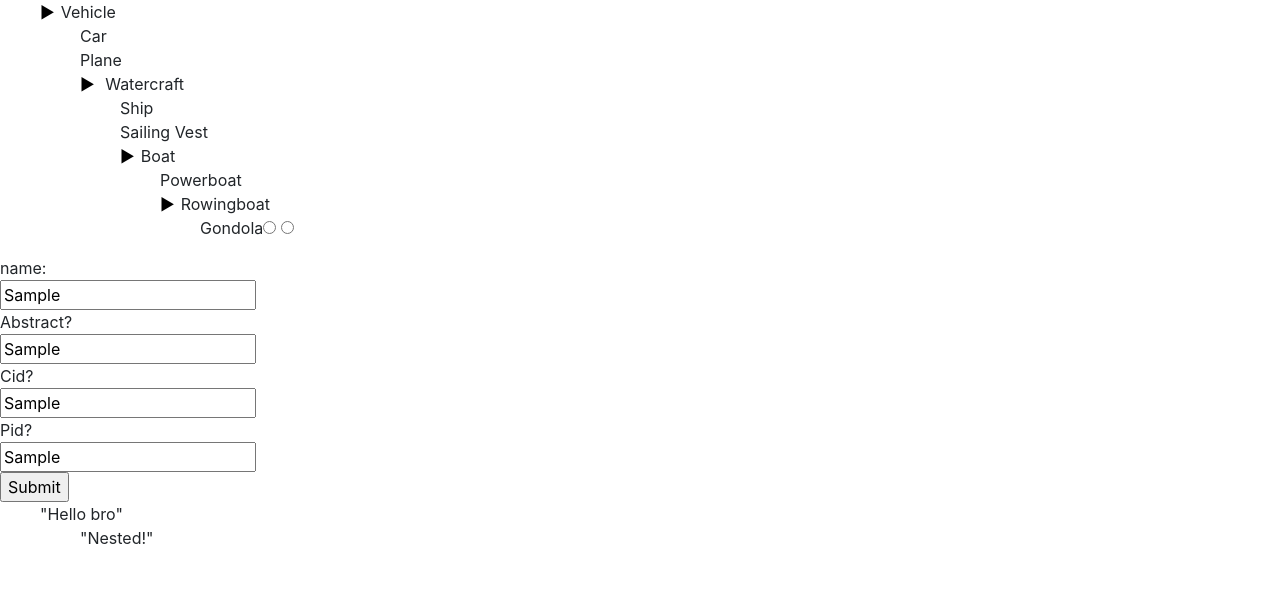
Repository: ked9268/Wonder
Page: http://localhost/cw3_mini_web_project_kjw42/WEB-INF/mainpage.jsp
These files come from the project's save history. The page is drawn as it stood at one moment and after the next save; the edit follows.
The browser window is 1280 px wide. The pictures show the whole page.
Empty fields were first filled with sample values (such as "Sample", 5 or name@example.com).
After loading, the first visible `span.caret` was clicked once.
Some web libraries are served in a nearby version. The page is served by Tomcat 9. Nobody is signed in. Other server files are loaded and not shown. The template is opened directly, without the code that normally fills it, so the values that code supplies are empty.

Above is the page before, as saved 2020-01-07 21:59:09.

### workspaceEE/cw3_mini_web_project_kjw42/WebContent/WEB-INF/mainpage.jsp
	<%@ page language="java" contentType="text/html; charset=ISO-8859-1"
    pageEncoding="ISO-8859-1"%>
	<!DOCTYPE html PUBLIC "-//W3C//DTD HTML 4.01 Transitional//EN" "http://www.w3.org/TR/html4/loose.dtd">
<html>
	<head>
		<meta http-equiv="Content-Type" content="text/html; charset=ISO-8859-1">
		<meta charset="utf-8">
    	<meta name="viewport" content="width=device-width, initial-scale=1, shrink-to-fit=no">
		<link rel="stylesheet" href="https://maxcdn.bootstrapcdn.com/bootstrap/4.0.0/css/bootstrap.min.css"
			integrity="sha384-Gn5384xqQ1aoWXA+058RXPxPg6fy4IWvTNh0E263XmFcJlSAwiGgFAW/dAiS6JXm" crossorigin="anonymous">

		<script>
				function load(){
				window.alert("Hello World!");
				var interact = document.getElementById("Gondola");
				interact.remove();
				}
		</script>
			<style>
			.caret {
  				cursor: pointer;
  				user-select: none; /* Prevent text selection */
			}
			.caret::before {
  				content: "\25B6";
 				 color: black;
 				 display: inline-block;
 				 margin-right: 6px;
			}
			ul {
 				 list-style-type: none;
			}
			</style>
				<title>mainpage</title>
	</head>
	<body>
		<ul id="tree">
			<li>
			<a class="caret" onClick="load()">Vehicle</a>
				<ul class="nested">
					<li>Car	</li>
					<li>Plane</li>
					<li><span class="caret" onClick="test()"> Watercraft</span>
						<ul class="nested">
							<li>Ship</li>
							<li>Sailing Vest</li>
							<li><span class="caret" onClick="load()">Boat</span>
								<ul class="nested">
									<li>Powerboat</li>
									<li><span class="caret" onClick="load()">Rowingboat</span>
											<ul class="nested">
												<li id="Gondola">Gondola<input type="radio" >&nbsp<input type="radio" > </li>
											</ul>
				 						</li>
									</ul>
								</li>
							</ul>
						</li>
					</ul>
				</li>
			</ul>
		<p id="demo"> </p>

		<form action="../../controllers/extractClassInfo.java">
  				name:<br>
  				<input type="text" name="name"><br>
 			 	Abstract?<br>
  				<input type="text" name="abstract"><br>
  Cid?<br>
  <input type="text" name="cid"><br>
  Pid?<br>
  <input type="text" name="pid"><br>
		  	<input type="submit" value="Submit">
		</form>

		<script src="https://code.jquery.com/jquery-3.2.1.slim.min.js" integrity="sha384-KJ3o2DKtIkvYIK3UENzmM7KCkRr/rE9/Qpg6aAZGJwFDMVNA/GpGFF93hXpG5KkN" crossorigin="anonymous"></script>
		<script src="https://cdnjs.cloudflare.com/ajax/libs/popper.js/1.12.9/umd/popper.min.js" integrity="sha384-ApNbgh9B+Y1QKtv3Rn7W3mgPxhU9K/ScQsAP7hUibX39j7fakFPskvXusvfa0b4Q" crossorigin="anonymous"></script>
		<script src="https://maxcdn.bootstrapcdn.com/bootstrap/4.0.0/js/bootstrap.min.js" integrity="sha384-JZR6Spejh4U02d8jOt6vLEHfe/JQGiRRSQQxSfFWpi1MquVdAyjUar5+76PVCmYl" crossorigin="anonymous"></script>
		<script>
		function test(){

			var run = '<li><a>"Hello bro"</a><ul><li><a>"Nested!"</a></li></ul></li>'
			var btn = document.createElement("UL");   // Create a <button> element
			btn.innerHTML = run;   // Insert text
			document.getElementById("Gondola").appendChild(btn);
			document.body.appendChild(btn);
		}
		</script>
	</body>
</html>

After the next save:
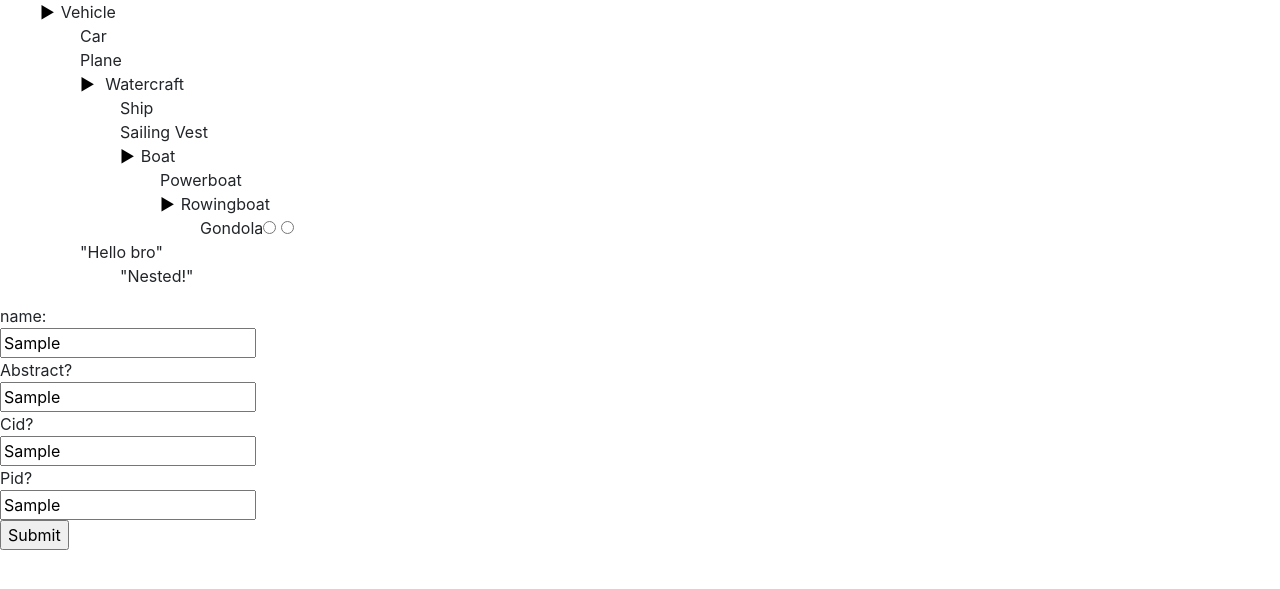
Saved 12 s later.
--- a/workspaceEE/cw3_mini_web_project_kjw42/WebContent/WEB-INF/mainpage.jsp
+++ b/workspaceEE/cw3_mini_web_project_kjw42/WebContent/WEB-INF/mainpage.jsp
@@ -82,8 +82,8 @@
 			var run = '<li><a>"Hello bro"</a><ul><li><a>"Nested!"</a></li></ul></li>'
 			var btn = document.createElement("UL");   // Create a <button> element
 			btn.innerHTML = run;   // Insert text
-			document.getElementById("Gondola").appendChild(btn);
-			document.body.appendChild(btn);
+			document.getElementById("tree").appendChild(btn);
+
 		}
 		</script>
 	</body>
